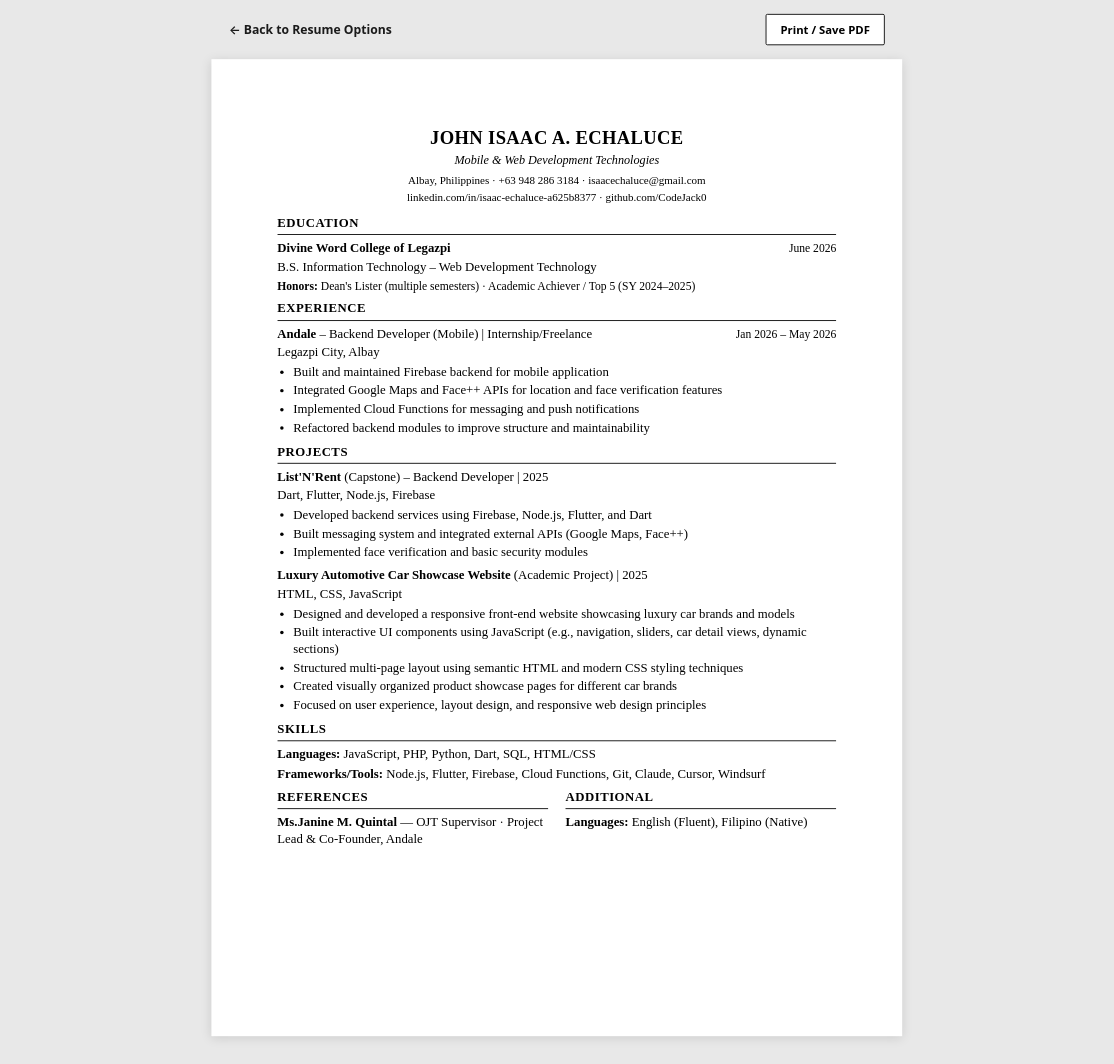
Repository: CodeJack0/Professional_Portfolio
Page: pages/resume_development.html
These files come from the project's save history. The page is drawn as it stood at one moment and after the next save; the edit follows.
The browser window is 1280 px wide. The pictures show the whole page, at 87% of full size.

Above is the page before, as saved 2026-05-30 09:09:36.

After the next save:
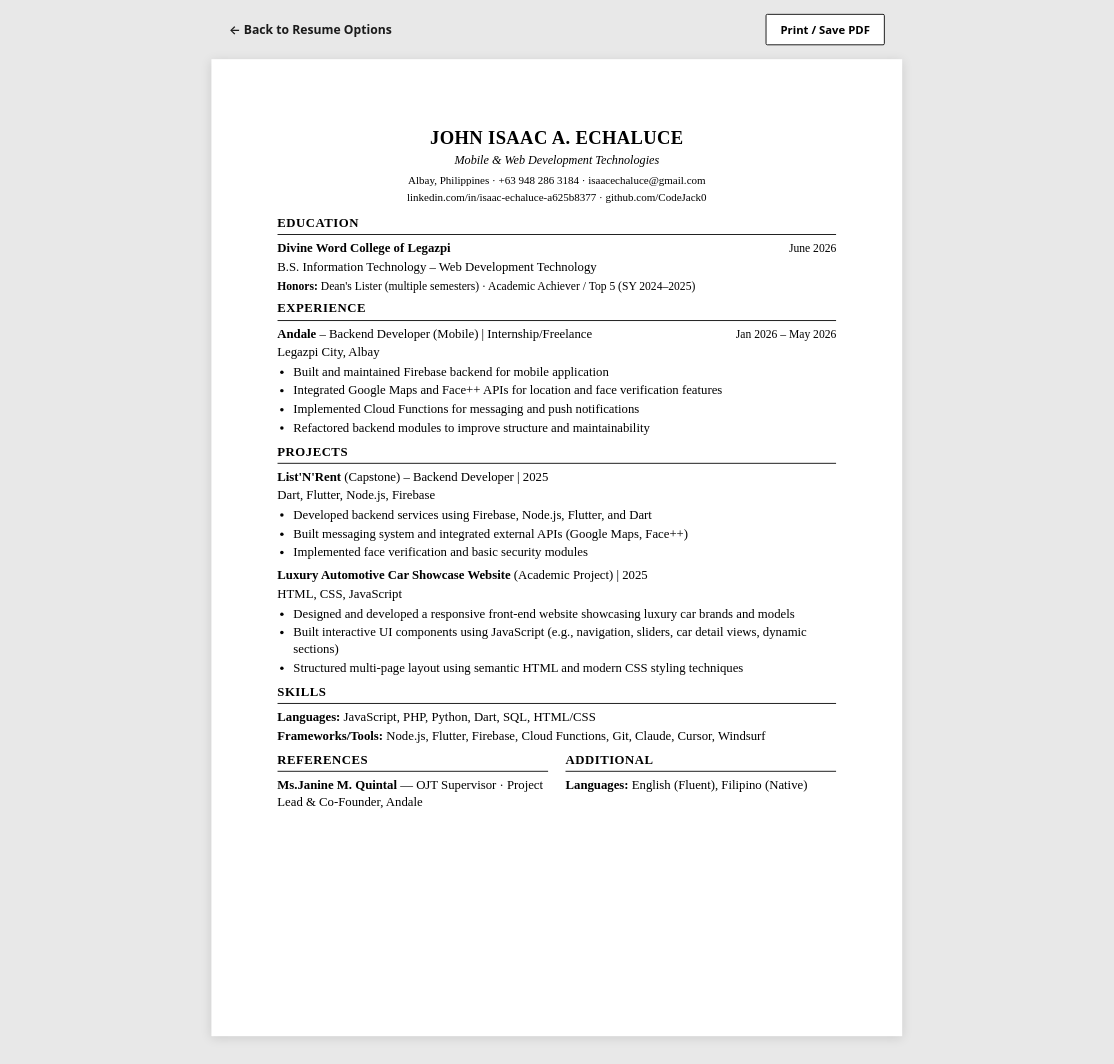
Saved 60 s later.
--- a/pages/resume_development.html
+++ b/pages/resume_development.html
@@ -95,9 +95,7 @@
             <li>Designed and developed a responsive front-end website showcasing luxury car brands and models</li>
             <li>Built interactive UI components using JavaScript (e.g., navigation, sliders, car detail views, dynamic sections)</li>
             <li>Structured multi-page layout using semantic HTML and modern CSS styling techniques</li>
-            <li>Created visually organized product showcase pages for different car brands</li>
-            <li>Focused on user experience, layout design, and responsive web design principles</li>
-          </ul>
+
         </div>
 
 
